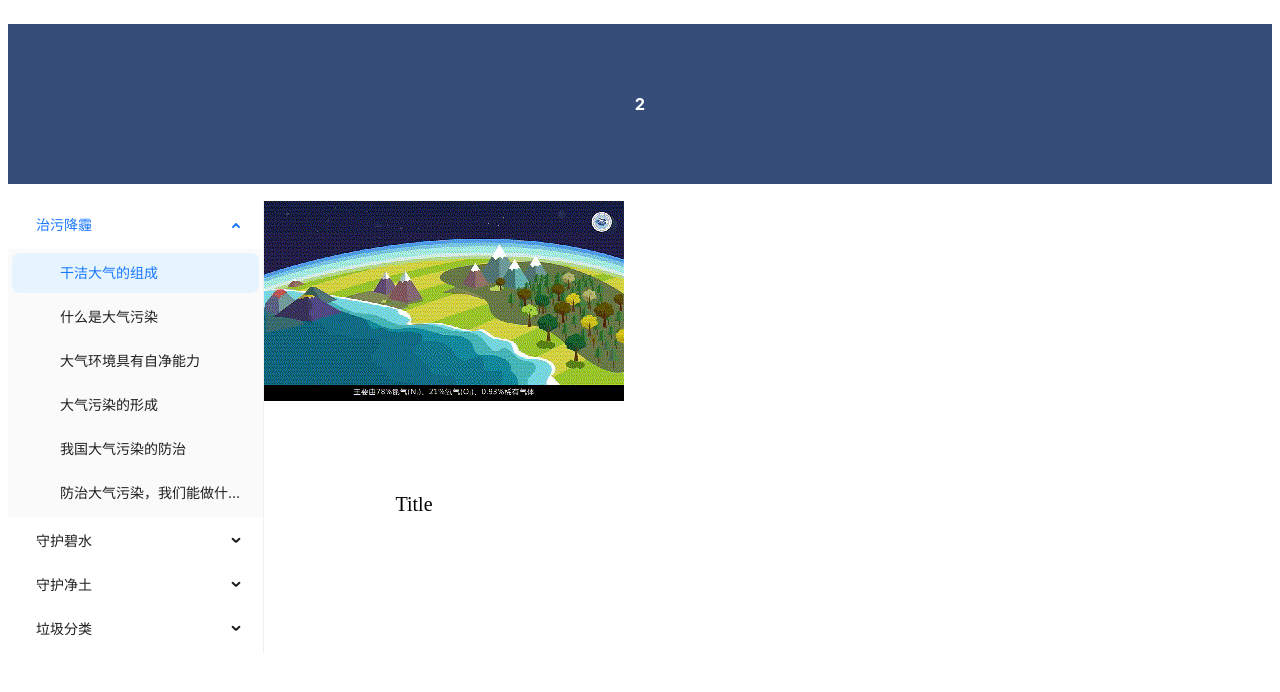
Repository: samllbin/summerWeb
Page: /
The author's editor kept a copy of each file at every save. The page is drawn from the files as they stood at one save, then again after the next save.
The browser window is 1280 px wide. The pictures show the whole page.
The project was rebuilt for these pictures with package versions that can differ from the ones it lists, and the page was loaded fresh each time. Also part of the build but not shown: vite.config.js, components/menu/config.js, components/content/index.module.css, components/content/index.jsx.

Above is the page before, as saved 2024-07-22 15:35:39.

After the next save:
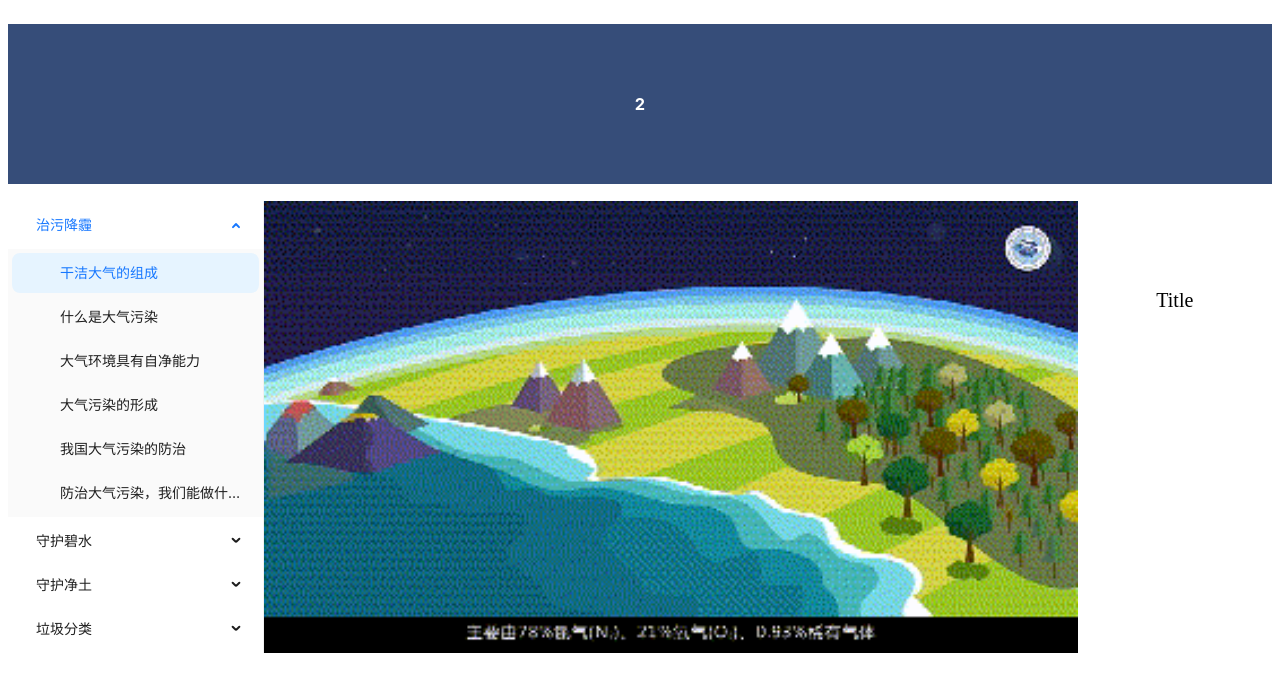
Saved 18 s later.
--- a/components/article/index.jsx
+++ b/components/article/index.jsx
@@ -5,7 +5,7 @@ export default function Article({ type, imgURL }) {
   return (
     <div className={style.layout}>
       {type === "all" ? (
-        <div>
+        <div className={style.allLayout}>
           <img
             src="../../public/大气组成.png"
             alt="article"
